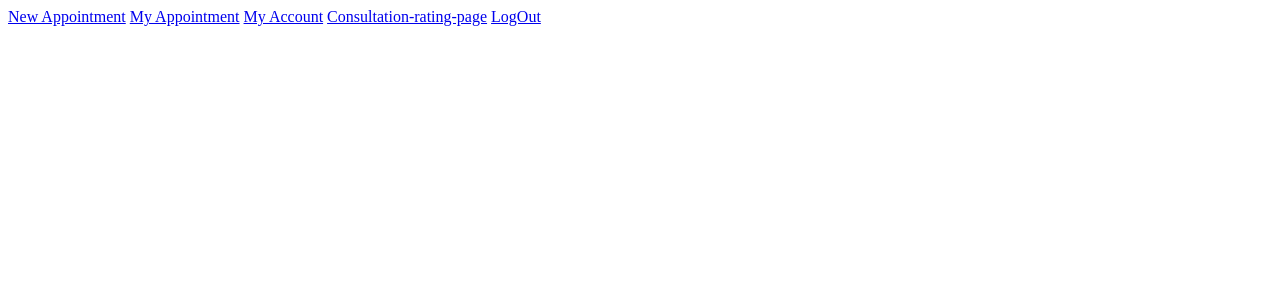
Repository: anujsoni10001/JSP-Servlet
Page: FinalProject/minor - Copy/Minor/WebContent/home.html
These files come from the project's save history. The page is drawn as it stood at one moment and after the next save; the edit follows.
The browser window is 1280 px wide. The pictures show the whole page.

Above is the page before, as saved 2019-03-22 14:39:16.

### FinalProject/minor - Copy/Minor/WebContent/home.html
<!DOCTYPE html>
<html>
<head>
<meta charset="ISO-8859-1">
<title>Insert title here</title>
</head>
<body>
<a href="Appointment2.jsp">New Appointment</a>
<a href="MyAppointment.jsp">My Appointment</a>
<a href="MyAccount.jsp">My Account</a>
<a href="rating.jsp">Consultation-rating-page</a>
<a href="LogOut">LogOut</a>
</body>
</html>

After the next save:
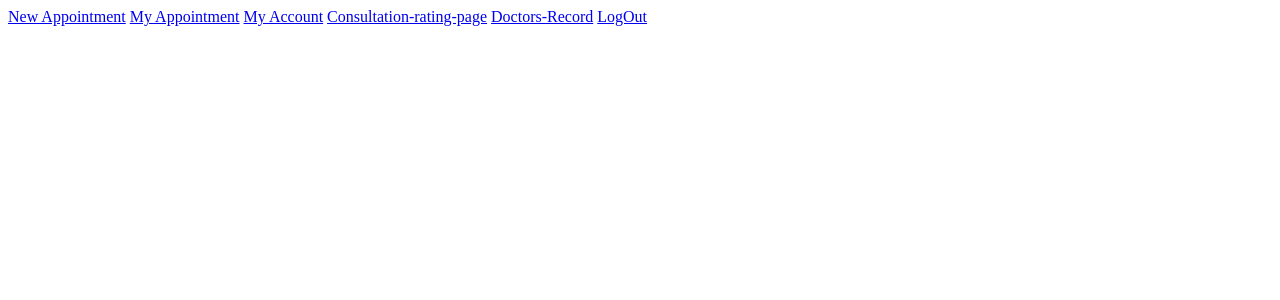
Saved 20 min 27 s later.
--- a/FinalProject/minor - Copy/Minor/WebContent/home.html
+++ b/FinalProject/minor - Copy/Minor/WebContent/home.html
@@ -9,6 +9,7 @@
 <a href="MyAppointment.jsp">My Appointment</a>
 <a href="MyAccount.jsp">My Account</a>
 <a href="rating.jsp">Consultation-rating-page</a>
+<a href="rating.jsp">Doctors-Record</a>
 <a href="LogOut">LogOut</a>
 </body>
 </html>
